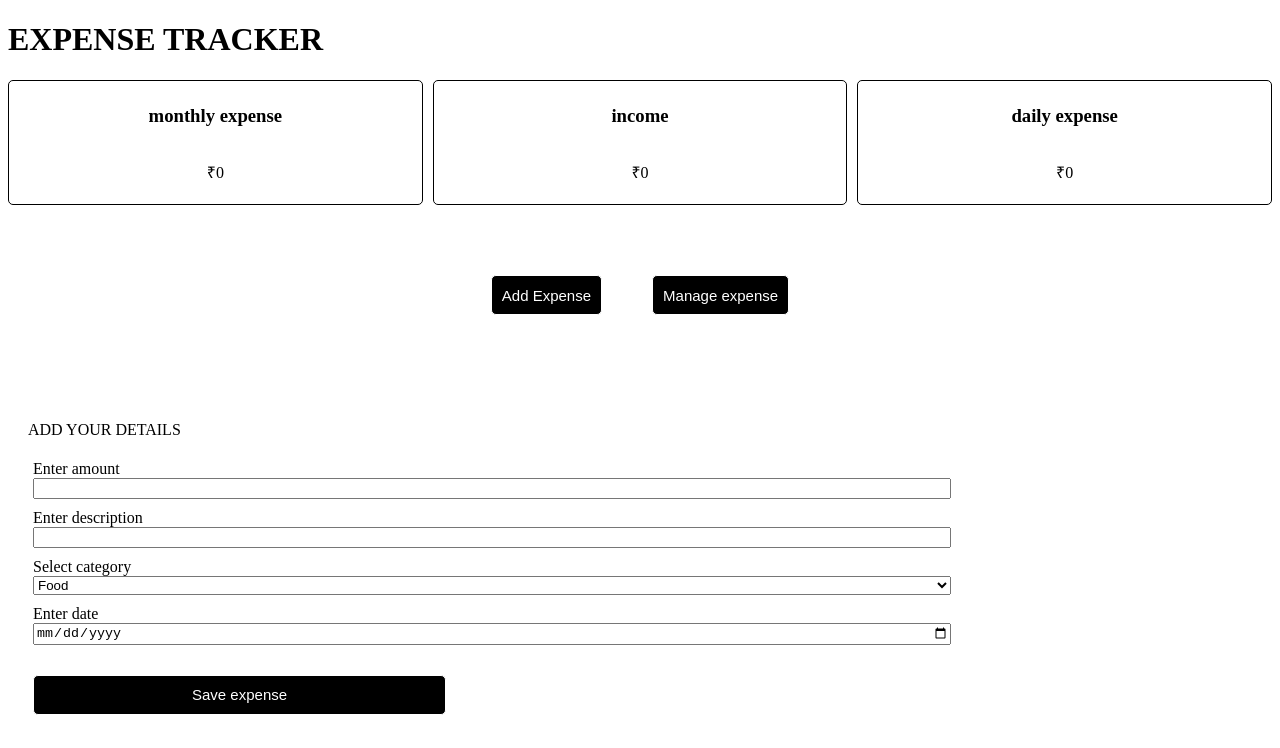
Repository: Gaurav124937/Expense-Tracker
Page: index.html
These files come from the project's save history. The page is drawn as it stood at one moment and after a run of saves; the edit follows.
The browser window is 1280 px wide. The pictures show the whole page.

Above is the page before, as saved 2026-09-04 15:00:16.

### index.html
<!doctype html>
<html lang="en">
  <head>
    <meta charset="UTF-8" />
    <meta name="viewport" content="width=device-width, initial-scale=1.0" />
    <title>Expense tracker</title>
    <link rel="stylesheet" href="style.css" />
  </head>
  <body>
    <h1>EXPENSE TRACKER</h1>
    <div class="grid">
      <section class="section">
        <h3>monthly expense</h3>
        <p>₹0</p>
      </section>

      <section class="section">
        <h3>income</h3>
        <p>₹0</p>
      </section>

      <section class="section">
        <h3>daily expense</h3>
        <p>₹0</p>
      </section>
    </div>

    <div class="buttons-grid">
      <button class="btn add-expense-button">Add Expense</button>
      <button class="btn manage-expense-button">Manage expense</button>
    </div>

    <form action="get" method="post" class="expense-form form-hidden">
      <div class="form">
        <p>ADD YOUR DETAILS</p>

        <div class="formating">
          <label for="expense">Enter amount</label>
          <input type="number" id="expense" name="expense" />
        </div>

        <div class="formating">
          <label for="description">Enter description</label>
          <input type="text" id="description" name="description" />
        </div>

        <div class="formating">
          <label for="category">Select category</label>
          <select id="category" name="category">
            <option value="food">Food</option>
            <option value="petrol">Petrol</option>
            <option value="shopping">Shopping</option>
            <option value="transport">Transport</option>
            <option value="other">Other</option>
          </select>
        </div>

        <div class="formating">
          <label for="date">Enter date</label>
          <input type="date" id="date" name="date" />
        </div>

        <div class="formating">
          <button class="save-expense-button" type="submit">Save expense</button>
        </div>
      </div>
    </form>
  </body>
</html>

### style.css
.grid {
    display: grid;
    grid-template-columns: repeat(3, 1fr);
    gap: 10px;
}

.section{
    display:flex;
    flex-direction: column;
    align-items: center;
    border-radius: 5px;
    border-color: black;
    border: 1px solid;
    padding: 5px;
}
.buttons-grid{
    display: flex;
    flex-direction: row;
    padding: 50px;
    gap: 10px;
    justify-content: center;
}
.btn{
    padding: 10px;
    border-radius: 5px;
    border-color: black;
    border: 1px solid;
    margin: 20px;
    font-size: 15px;
    block-size: 40px;
    color: white;
    background-color: black;
}
.form{
    display: flex;
    flex-direction: column;
    padding: 20px;

}
.formating{
    display: flex;
    flex-direction: column;
    padding: 5px;
    width: 75%
}
.save-expense-button{
    padding: 10px;
    border-radius: 5px;
    border-color: black;
    border: 1px solid;
    margin-top: 20px;
    font-size: 15px;
    block-size: 40px;
    color: white;
    background-color: black;
    width: 45%;
}

After the next 2 saves:
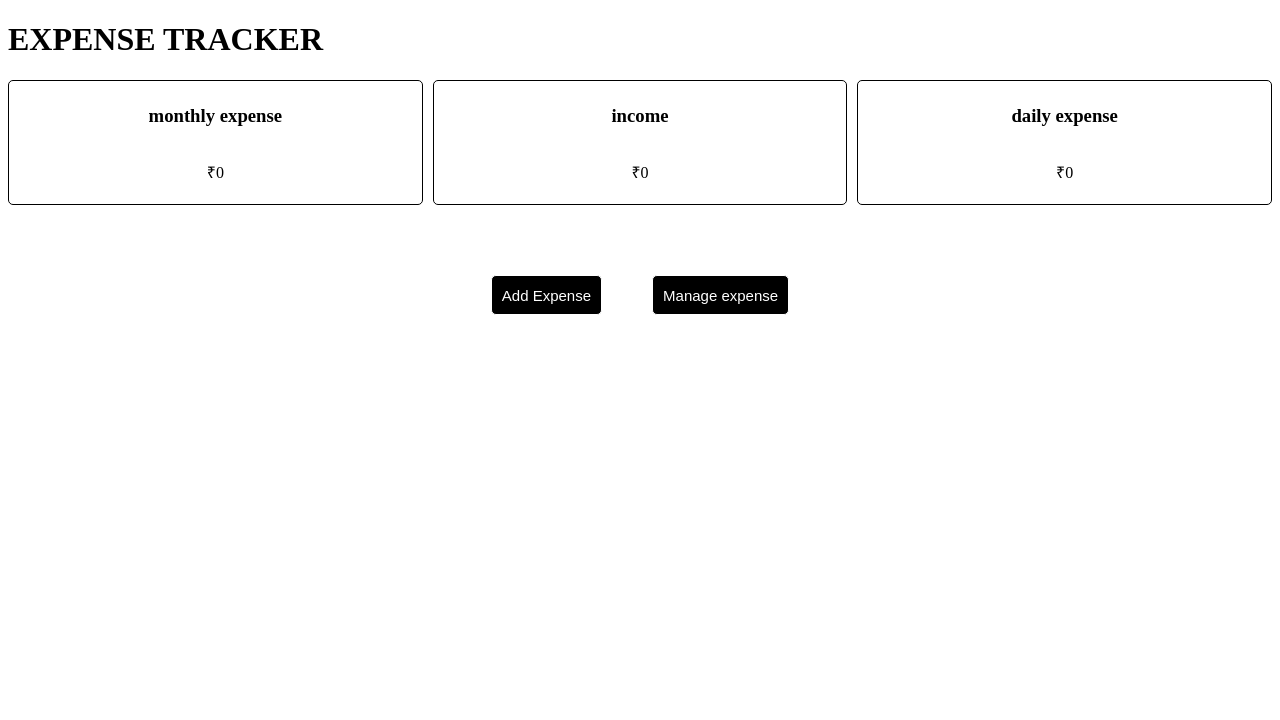
The 2 saves are shown as one change because they came seconds apart.
The last was saved 6 s later.
--- a/style.css
+++ b/style.css
@@ -55,3 +55,6 @@
     background-color: black;
     width: 45%;
 }
+.form-hidden{
+    display: none;
+}
